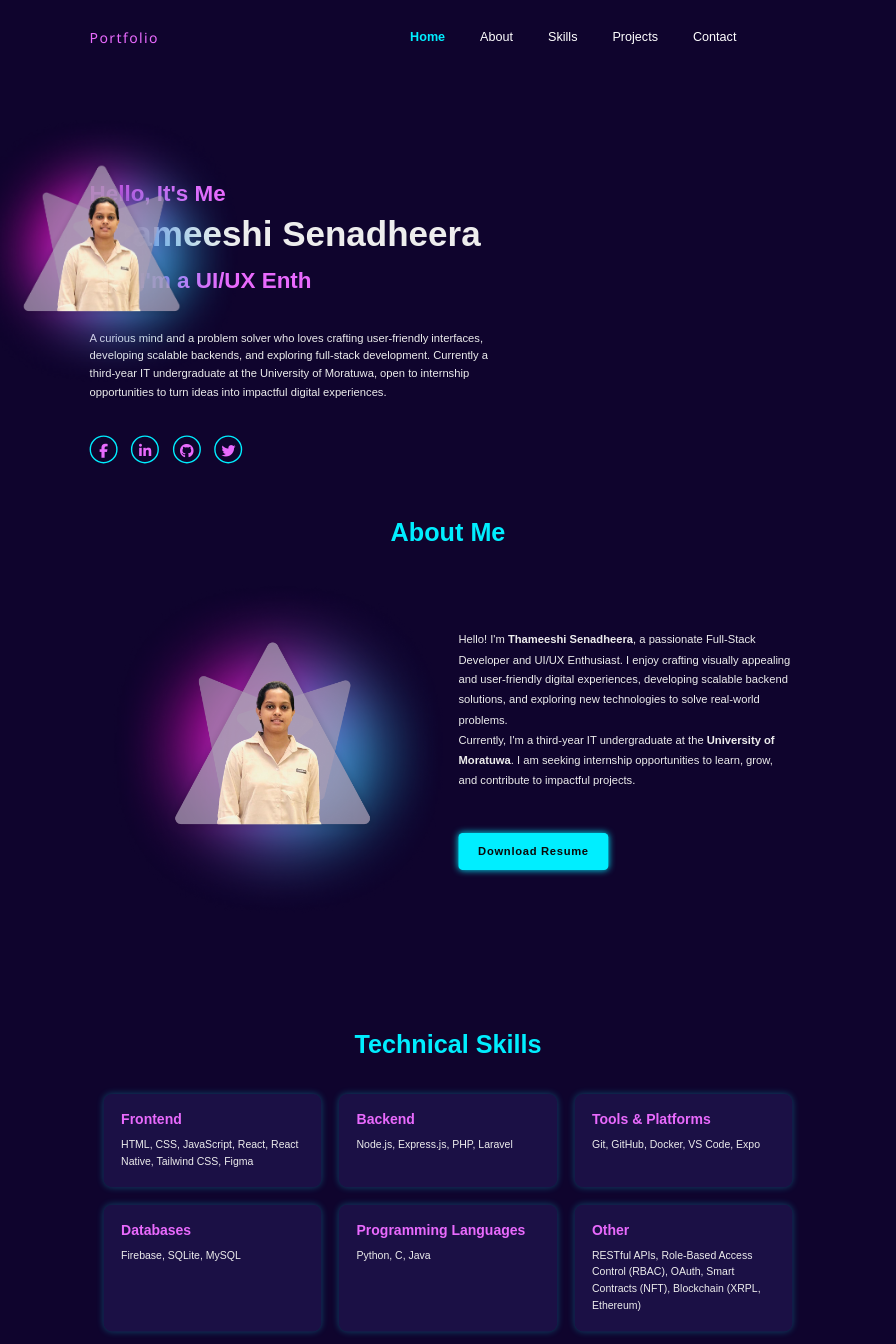
Repository: Thameeshi/portfolio-website
Page: http://localhost/
An editor plug-in stored every save of this project. The page is shown before and after the next save, followed by the edit.
The browser window is 1280 px wide. The pictures show the part of the page from y = 0 to 1920 px (the page is 3616 px tall), at 70% of full size.
Some web libraries are served in a nearby version. The page is served by the project's Node server (server.js).

Above is the page before, as saved 2025-09-10 11:02:44.

### public/css/style.css
/* Reset */
* {
    margin: 0;
    padding: 0;
    box-sizing: border-box;
    font-family: 'Poppins', sans-serif;
}

/* Body */
body {
    background: #0F042D;
    color: #ededed;
    scroll-behavior: smooth;
    overflow-x: hidden;
}

/* Header */
.header {
    position: fixed;
    top: 0;
    left: 0;
    width: 100%;
    padding: 40px 10%;
    display: flex;
    justify-content: space-between;
    align-items: center;
    z-index: 100;
    transition: background 0.3s ease-in-out;
}

.logo {
    font-size: 20px;
    color: #E96AFD;
    text-decoration: none;
    font-weight: 550;
    letter-spacing: 2px;
    font-family: 'Segoe UI', Tahoma, Geneva, Verdana, sans-serif;
    transition: transform 0.3s ease;
}
.logo:hover { transform: scale(1.1) rotate(-3deg); }

.navbar {
    display: flex;
    align-items: center;
    margin-right: 100px;
}
.navbar a {
    display: inline-block;
    font-size: 18px;
    color: #fff;
    text-decoration: none;
    font-weight: 500;
    margin-left: 50px;
    position: relative;
    transition: color 0.3s ease;
}
.navbar a::after {
    content: '';
    position: absolute;
    left: 0;
    bottom: -5px;
    width: 0;
    height: 2px;
    background: #0ef;
    transition: width 0.3s;
}
.navbar a:hover { color: #0ef; }
.navbar a:hover::after { width: 100%; }
.navbar a.active { color: #0ef; font-weight: 700; }

/* Home Section */
.home {
    display: flex;
    align-items: center;
    justify-content: space-between;
    padding: 50px 10%;
    height: 100vh;
    gap: 50px;
}

.home-content {
    flex: 1;
    max-width: 600px;
    animation: fadeIn 2s ease-in-out;
    margin-top: 200px;
}
.home-content h3 { font-size: 32px; font-weight: 700; color: #E96AFD; margin-bottom: 10px; animation: slideInLeft 1s ease; }
.home-content h1 { font-size: 50px; font-weight: 800; margin-bottom: 20px; animation: slideInRight 1.2s ease; }
.home-content p { line-height: 1.6; font-size: 16px; margin-bottom: 25px; margin-top:50px;animation: fadeInUp 1.5s ease; }

.btn-box {
    display: inline-block;
    padding: 12px 28px;
    background: #0ef;
    border-radius: 6px;
    font-size: 16px;
    color: #0a0a0a;
    font-weight: 600;
    letter-spacing: 1px;
    text-decoration: none;
    transition: 0.3s;
    box-shadow: 0 0 10px #0ef;
}
.btn-box:hover {
    background: #0c9;
    box-shadow: 0 0 20px #0ef, 0 0 40px #0ef;
    transform: scale(1.05);
}

/* Social Links */
.home-sci { margin-top: 50px; }
.home-sci a {
    display: inline-block;
    width: 40px;
    height: 40px;
    border: 2px solid #0ef;
    border-radius: 50%;
    font-size: 20px;
    color: #E96AFD;
    text-align: center;
    line-height: 40px;
    margin-right: 15px;
    transition: 0.4s;
}
.home-sci a:hover {
    background: #E96AFD;
    color: #0a0a0a;
    box-shadow: 0 0 20px #E96AFD;
}

/* Image next to home-content */
.image {
    flex: 1;
    max-width: 400px;
    animation: float 3s ease-in-out infinite;
}
.image img {
    width: 200%;
    height: auto;
    margin-left: -800px;
}

/* Float animation */
@keyframes float {
    0%, 100% { transform: translateY(0); }
    50% { transform: translateY(-10px); }
}

/* About Section */
.about {
    padding: 70px 10%;
    color: #ededed;
    margin-top: -100px;
}
.about h2 { font-size: 36px; font-weight: 700; color: #0ef; margin-bottom: 40px; text-align: center; margin-top: 100px; }

.download { margin-top: 40px; }

.about-content {
    display: flex;
    align-items: center;
    justify-content: space-between;
    flex-wrap: wrap;
    gap: 30px;
    flex-direction: row-reverse;
}
.container { max-width: 1200px; margin: 0 auto; padding: 0 20px; margin-top: -50px; }
.about-text { flex: 1; min-width: 300px; font-size: 16px; line-height: 1.8; }
.about-text .btn-box { margin-top: 20px; }
.about-image { flex: 1; min-width: 400px; text-align: center; }
.about-image img { max-width: 500px; border-radius: 10px; }

/* Skills Section */
.skills {
    padding: 80px 10%;
    margin-top: 50px;
}
.skills h2 {
    font-size: 36px;
    font-weight: 700;
    color: #0ef;
    margin-bottom: 50px;
    text-align: center;
}
.skills-grid {
    display: grid;
    grid-template-columns: repeat(auto-fit, minmax(250px, 1fr));
    gap: 25px;
}
.skill-card {
    background: #1b1045;
    padding: 25px;
    border-radius: 12px;
    box-shadow: 0 0 10px rgba(14, 239, 255, 0.3);
    transition: transform 0.3s ease, box-shadow 0.3s ease;
}
.skill-card:hover {
    transform: translateY(-8px);
    box-shadow: 0 0 20px #0ef;
}
.skill-card h3 {
    font-size: 20px;
    color: #E96AFD;
    margin-bottom: 12px;
}
.skill-card p {
    font-size: 15px;
    line-height: 1.6;
    color: #ededed;
}

/* Projects Section */
.projects {
    padding: 80px 10%;
    margin-top: 50px;
}

.projects h2 {
    font-size: 36px;
    font-weight: 700;
    color: #0ef;
    margin-bottom: 50px;
    text-align: center;
}

.project-showcase {
    display: flex;
    justify-content: center;
    max-width: 1000px;
    margin: 0 auto;
}

.project-card {
    background: #1b1045;
    border-radius: 20px;
    overflow: hidden;
    box-shadow: 0 0 30px rgba(14, 239, 255, 0.2);
    transition: transform 0.3s ease, box-shadow 0.3s ease;
    width: 100%;
    display: flex;
    min-height: 500px;
}

.project-card:hover {
    transform: translateY(-5px);
    box-shadow: 0 0 40px rgba(14, 239, 255, 0.4);
}

.project-image-container {
    position: relative;
    flex: 1;
    overflow: hidden;
}

.project-images {
    position: relative;
    height: 100%;
    width: 100%;
}

.project-img {
    position: absolute;
    top: 0;
    left: 0;
    width: 100%;
    height: 100%;
    object-fit: cover;
    opacity: 0;
    transition: opacity 0.5s ease-in-out;
}

.project-img.active {
    opacity: 1;
}

.image-nav {
    position: absolute;
    bottom: 20px;
    left: 50%;
    transform: translateX(-50%);
    display: flex;
    gap: 10px;
    z-index: 3;
}

.nav-dot {
    width: 12px;
    height: 12px;
    border-radius: 50%;
    border: 2px solid rgba(255, 255, 255, 0.6);
    background: transparent;
    cursor: pointer;
    transition: all 0.3s ease;
}

.nav-dot:hover,
.nav-dot.active {
    background: #0ef;
    border-color: #0ef;
    transform: scale(1.2);
}

.project-overlay {
    position: absolute;
    top: 0;
    left: 0;
    right: 0;
    bottom: 0;
    background: linear-gradient(135deg, rgba(14, 239, 255, 0.8), rgba(233, 106, 253, 0.8));
    display: flex;
    align-items: center;
    justify-content: center;
    opacity: 0;
    transition: opacity 0.3s ease;
    z-index: 2;
}

.project-card:hover .project-overlay {
    opacity: 1;
}

.project-links {
    display: flex;
    gap: 20px;
}

.project-link {
    width: 60px;
    height: 60px;
    background: rgba(255, 255, 255, 0.2);
    border-radius: 50%;
    display: flex;
    align-items: center;
    justify-content: center;
    color: #fff;
    font-size: 24px;
    text-decoration: none;
    backdrop-filter: blur(10px);
    border: 2px solid rgba(255, 255, 255, 0.3);
    transition: all 0.3s ease;
}

.project-link:hover {
    background: rgba(255, 255, 255, 0.3);
    transform: scale(1.1);
    border-color: rgba(255, 255, 255, 0.6);
}

.project-info {
    flex: 1;
    padding: 40px;
    display: flex;
    flex-direction: column;
    justify-content: center;
}

.project-info h3 {
    font-size: 28px;
    color: #E96AFD;
    margin-bottom: 20px;
    font-weight: 700;
}

.project-info p {
    font-size: 16px;
    line-height: 1.7;
    color: #ededed;
    margin-bottom: 25px;
}

.project-features {
    display: grid;
    grid-template-columns: 1fr 1fr;
    gap: 15px;
    margin-bottom: 25px;
}

.feature {
    display: flex;
    align-items: center;
    gap: 8px;
    font-size: 14px;
    color: #ededed;
}

.feature i {
    color: #0ef;
    font-size: 16px;
}

.project-tech {
    display: flex;
    flex-wrap: wrap;
    gap: 10px;
}

.project-tech span {
    background: linear-gradient(135deg, #0ef, #E96AFD);
    color: #0a0a0a;
    padding: 8px 16px;
    border-radius: 25px;
    font-size: 13px;
    font-weight: 600;
    letter-spacing: 0.5px;
}

/* Responsive */
@media (max-width: 768px) {
    .projects {
        padding: 60px 5%;
    }

    .project-card {
        flex-direction: column;
        min-height: auto;
    }

    .project-image-container {
        height: 300px;
    }

    .project-info {
        padding: 30px 25px;
    }

    .project-info h3 {
        font-size: 24px;
    }

    .project-info p {
        font-size: 15px;
    }

    .project-features {
        grid-template-columns: 1fr;
        gap: 10px;
    }

    .project-links {
        gap: 15px;
    }

    .project-link {
        width: 50px;
        height: 50px;
        font-size: 20px;
    }
}

/* Add these styles to your existing stylesheet.css file */

/* Contact Section */
.contact {
    padding: 80px 10%;
    margin-top: 50px;
}

.contact h2 {
    font-size: 36px;
    font-weight: 700;
    color: #0ef;
    margin-bottom: 20px;
    text-align: center;
}

.contact > p {
    text-align: center;
    font-size: 18px;
    color: #ededed;
    margin-bottom: 50px;
    opacity: 0.8;
}

.contact-content {
    display: grid;
    grid-template-columns: 1fr 1fr;
    gap: 60px;
    max-width: 1200px;
    margin: 0 auto;
    align-items: start;
}

.contact-info {
    display: flex;
    flex-direction: column;
    gap: 30px;
}

.contact-item {
    background: #1b1045;
    padding: 25px;
    border-radius: 15px;
    text-align: center;
    transition: transform 0.3s ease, box-shadow 0.3s ease;
    border: 1px solid rgba(14, 239, 255, 0.1);
}

.contact-item:hover {
    transform: translateY(-5px);
    box-shadow: 0 10px 30px rgba(14, 239, 255, 0.2);
}

.contact-item i {
    font-size: 28px;
    color: #0ef;
    margin-bottom: 15px;
}

.contact-item h3 {
    font-size: 20px;
    color: #E96AFD;
    margin-bottom: 10px;
    font-weight: 600;
}

.contact-item p {
    color: #ededed;
    font-size: 16px;
}

.contact-form {
    background: #1b1045;
    padding: 40px;
    border-radius: 20px;
    box-shadow: 0 0 20px rgba(14, 239, 255, 0.1);
    border: 1px solid rgba(14, 239, 255, 0.1);
}

.form-group {
    margin-bottom: 25px;
}

.form-group input,
.form-group textarea {
    width: 100%;
    padding: 15px 20px;
    background: rgba(15, 4, 45, 0.8);
    border: 2px solid rgba(14, 239, 255, 0.2);
    border-radius: 10px;
    color: #ededed;
    font-size: 16px;
    font-family: 'Poppins', sans-serif;
    transition: all 0.3s ease;
    resize: vertical;
}

.form-group input:focus,
.form-group textarea:focus {
    outline: none;
    border-color: #0ef;
    box-shadow: 0 0 0 3px rgba(14, 239, 255, 0.1);
    transform: translateY(-2px);
}

.form-group input::placeholder,
.form-group textarea::placeholder {
    color: rgba(237, 237, 237, 0.6);
}

.form-group textarea {
    min-height: 120px;
    max-height: 200px;
}

.contact-form .btn-box {
    width: 100%;
    padding: 15px;
    font-size: 18px;
    margin-top: 10px;
    position: relative;
    overflow: hidden;
}

.contact-form .btn-box:hover {
    transform: translateY(-2px);
}

.contact-form .btn-box:active {
    transform: translateY(0);
}

/* Footer */
.footer {
    background: #1b1045;
    padding: 30px 10%;
    text-align: center;
    margin-top: 50px;
    border-top: 1px solid rgba(14, 239, 255, 0.1);
}

.footer p {
    color: #ededed;
    font-size: 14px;
    opacity: 0.8;
}

/* Enhanced responsive design */
@media (max-width: 768px) {
    .contact {
        padding: 60px 5%;
    }

    .contact-content {
        grid-template-columns: 1fr;
        gap: 40px;
    }

    .contact-form {
        padding: 25px 20px;
    }

    .form-group input,
    .form-group textarea {
        padding: 12px 15px;
        font-size: 14px;
    }

    .contact h2 {
        font-size: 28px;
    }

    .contact > p {
        font-size: 16px;
    }

    .contact-item {
        padding: 20px;
    }

    .contact-item i {
        font-size: 24px;
    }

    .contact-item h3 {
        font-size: 18px;
    }
}

@media (max-width: 480px) {
    .contact-form {
        padding: 20px 15px;
    }

    .form-group {
        margin-bottom: 20px;
    }

    .contact-info {
        gap: 20px;
    }

    .contact-item {
        padding: 15px;
    }
}

/* Additional animations */
@keyframes slideInLeft {
    from {
        transform: translateX(-50px);
        opacity: 0;
    }
    to {
        transform: translateX(0);
        opacity: 1;
    }
}

@keyframes slideInRight {
    from {
        transform: translateX(50px);
        opacity: 0;
    }
    to {
        transform: translateX(0);
        opacity: 1;
    }
}

/* Performance optimizations */
* {
    box-sizing: border-box;
}

img {
    max-width: 100%;
    height: auto;
}

/* Smooth transitions for better UX */
a, button {
    transition: all 0.3s ease;
}

/* Focus styles for accessibility */
a:focus,
button:focus,
input:focus,
textarea:focus {
    outline: 2px solid #0ef;
    outline-offset: 2px;
}

/* High contrast mode support */
@media (prefers-contrast: high) {
    .skill-card,
    .project-card,
    .contact-item,
    .contact-form {
        border: 2px solid #0ef;
    }
}

/* Reduced motion support */
@media (prefers-reduced-motion: reduce) {
    *,
    *::before,
    *::after {
        animation-duration: 0.01ms !important;
        animation-iteration-count: 1 !important;
        transition-duration: 0.01ms !important;
    }
}

/* Print styles */
@media print {
    .header,
    .contact-form,
    .project-overlay,
    .hamburger {
        display: none !important;
    }

    body {
        background: white !important;
        color: black !important;
    }

    .home,
    .about,
    .skills,
    .projects {
        page-break-inside: avoid;
        margin-bottom: 20px;
    }
}

/* Keyframe Animations */
@keyframes fadeIn { from { opacity: 0; } to { opacity: 1; } }
@keyframes slideInLeft { from { transform: translateX(-50px); opacity: 0; } to { transform: translateX(0); opacity: 1; } }
@keyframes slideInRight { from { transform: translateX(50px); opacity: 0; } to { transform: translateX(0); opacity: 1; } }
@keyframes fadeInUp { from { transform: translateY(30px); opacity: 0; } to { transform: translateY(0); opacity: 1; } }

/* Responsive */
@media (max-width: 768px) {
    .home {
        flex-direction: column;
        text-align: center;
        padding: 100px 5% 0;
        gap: 30px;
    }
    .home-content h1 { font-size: 36px; }
    .home-content h3 { font-size: 24px; }
    .image { max-width: 200px; margin-top: 20px; }
    .about-content { flex-direction: column; text-align: center; }
    .about-image img { max-width: 200px; margin-top: 20px; }
    .navbar a { margin-left: 20px; font-size: 16px; }
    .header { padding: 15px 5%; }
}

Loaded but not shown: public/js/main.js (628 lines, source omitted); server.js (274 lines, source omitted); views/index.ejs (352 lines, source omitted)

After the next save:
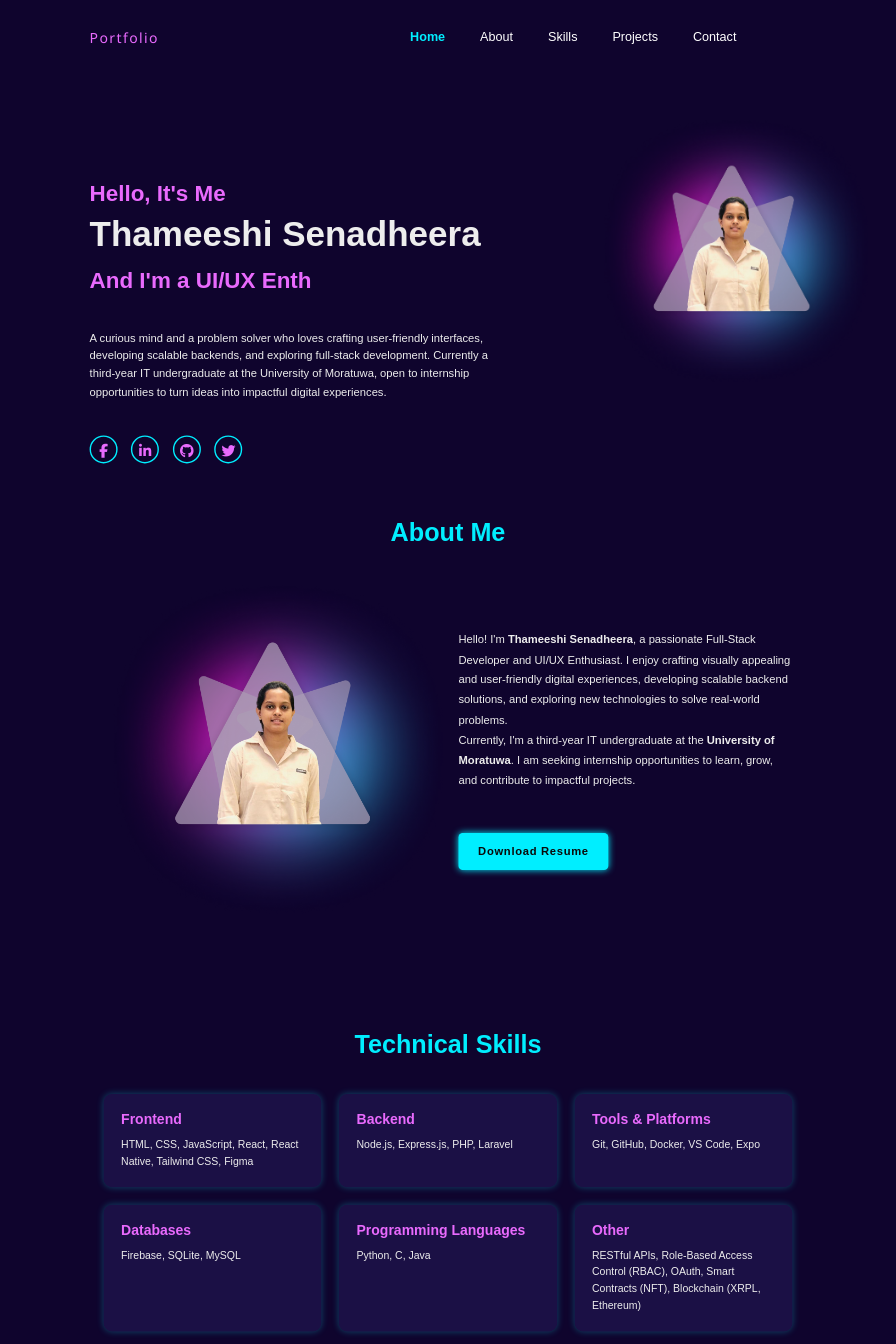
Saved 18 s later.
--- a/public/css/style.css
+++ b/public/css/style.css
@@ -137,7 +137,7 @@ body {
 .image img {
     width: 200%;
     height: auto;
-    margin-left: -800px;
+    margin-left: 100px;
 }
 
 /* Float animation */
